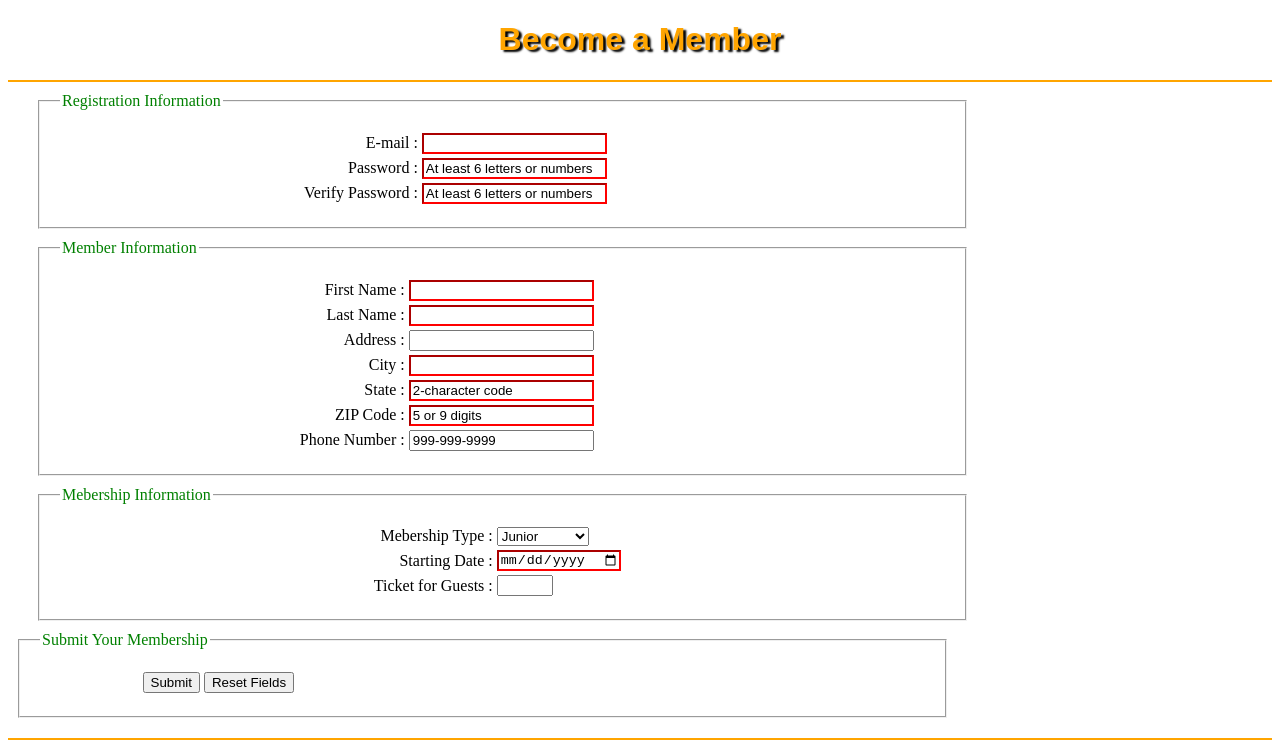
Repository: kjungyoun/Web_Study_2021
Page: 05_seoul08_homework/0302/0302.html
An editor plug-in stored every save of this project. The page is shown before and after the next save, followed by the edit.
The browser window is 1280 px wide. The pictures show the whole page.
Some web fonts or font styles are not loaded; a fallback is used.

Above is the page before, as saved 2021-03-02 12:45:30.

After the next save:
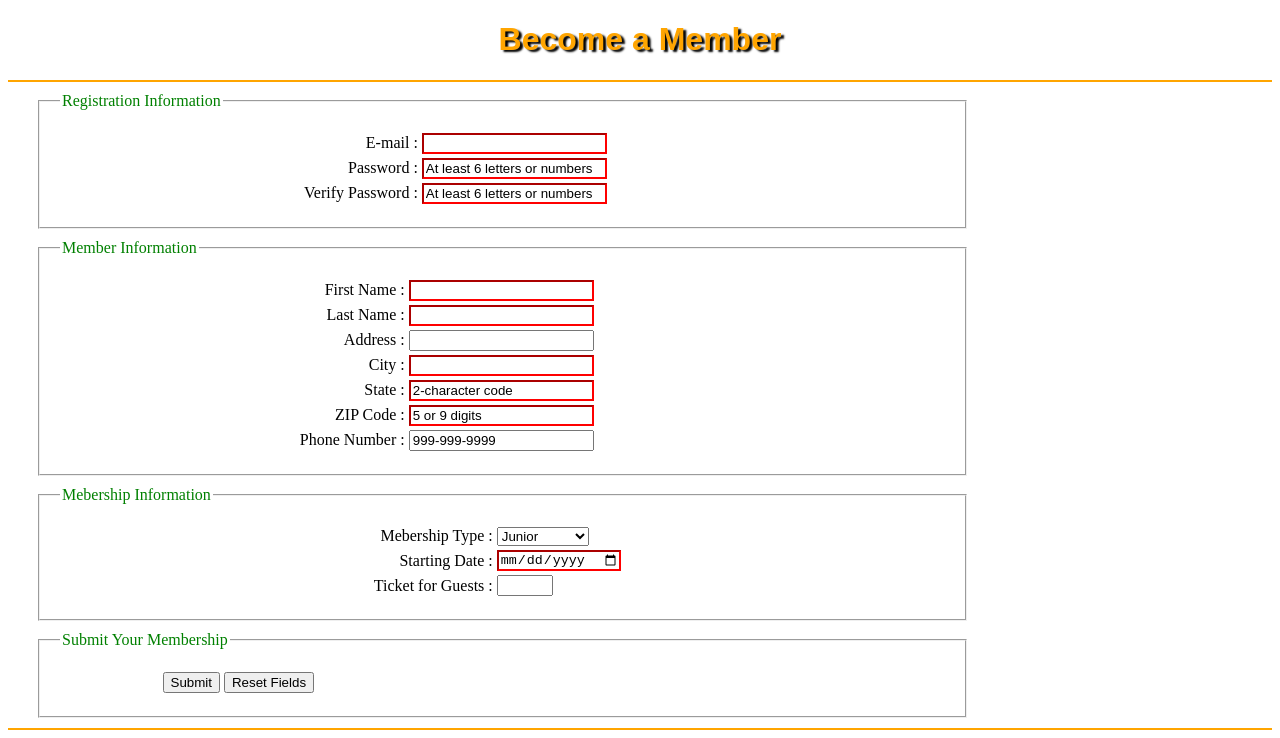
Saved 6 s later.
--- a/05_seoul08_homework/0302/0302.html
+++ b/05_seoul08_homework/0302/0302.html
@@ -161,7 +161,7 @@
 			</tr>
 		</table>
 	</fieldset>
-	<fieldset style="margin:10px; margin-bottom: 20px">
+	<fieldset>
 		<legend>Submit Your Membership</legend>
 		<table>
 			<tr>
